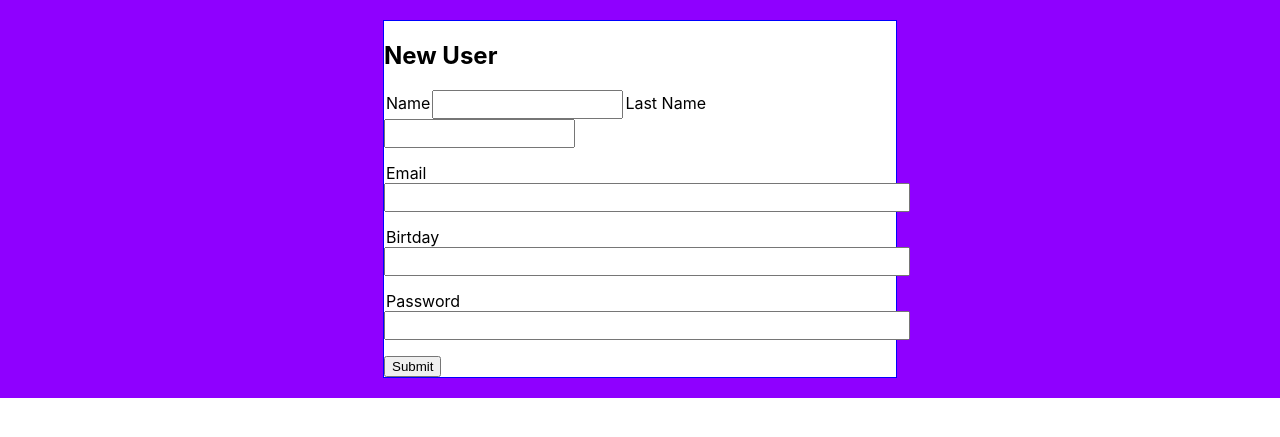
Repository: RobertAries28/CrudUsuarios
Page: /
An editor plug-in stored every save of this project. The page is shown before and after the next save, followed by the edit.
The browser window is 1280 px wide. The pictures show the whole page.
The page's requests for data from a server got no answer. The project was rebuilt for these pictures with package versions that can differ from the ones it lists, and the page was loaded fresh each time. No one was signed in, and anything a server would have sent is missing.

Above is the page before, as saved 2022-05-23 19:09:35.

### src/App.js

import axios from 'axios';
import { useEffect, useState } from 'react';
import './App.css';
import UsersForm from './UsersForm';
import UsersList from './UsersList';

const App=()=> {

  const [users,setUsers]= useState([])
  useEffect(()=>{
    axios.get('https://users-crud1.herokuapp.com/users/')
    .then(res=>setUsers(res.data))

  },[]);
  console.log(users)
  return (
    <div className="App">
     <UsersList users={users}/>
     <UsersForm/>
    </div>
  );
}

export default App;

### src/App.css
.App{
  background: #8F00FF;
  height: 100%;
  padding: 20px 0;
}

ul{
  list-style: none;
  padding: 0;
  margin: 0 0;



}

.users{
  border-radius: 20px;
  margin: auto;
  width: 50%;
  display: flex;
  justify-content: space-around;
  align-items: center;
  border: 1px solid blue;
  background: white;
  padding: 20px 0;
}

.formUser{
  display: flex;
  flex-direction: column;
  justify-content: center;
  align-items: center;
  border: 1px solid blue;
  background: white;
  margin: auto;
  width: 40%;
}

input{
padding: 5px;


}

.date{
  width: 100%;
}
label{
  margin: 2px;
}


.dateUsers{
  margin: 15px 0;
}

### src/UsersForm.js
import React, { useEffect, useState } from 'react';
import './App.css';

const UsersForm = ({addUsers,updateUsers,userEdit,selectUsers}) => {

        const [name,setName]= useState("");

        const [lastName, setLatName] = useState("");
        const [email,setEmail]= useState("");


        const [birthday, setBirthday] = useState("")
        const [password, setPassword] = useState("")

      useEffect(()=>{
          console.log("Cambio productEdit")

          if(userEdit){
              setName(userEdit.name);
              setLatName(userEdit.lastName);
              setEmail(userEdit.email)
              setBirthday(userEdit.birthday)
              setPassword(userEdit.password)
          } else{
              setName("");
              setLatName("");
              setEmail("");
              setBirthday("");
              setPassword("")
          }
      },[userEdit])

        const submit=(e)=>{
            e.preventDefault();
            const user={

                name:name,
                lastName:lastName,
              email:email,
              birthday:birthday,
              password:password
            }

           if(userEdit){
               user.id= userEdit.id
             updateUsers(user);
           }else{

            addUsers(user)
        }



        }
        return (
            <div className='formUser'>
                <form onSubmit={submit}>
                  <h2>New User</h2>
                <div className='dateUsers'>
                      <label htmlFor='name'>Name</label>
                      <input type="text"
                             id="name"
                             onChange={e=> setName(e.target.value)}
                                 value={name}
                             />

                      <label htmlFor='lastname'>Last Name</label>
                      <input type="text"
                             id="lastname"
                             onChange={e=> setLatName(e.target.value)}
                                 value={lastName}
                             />
                  </div>

                  <div className='dateUsers'>
                      <label htmlFor='email'>Email</label>
                      <input className='date' type="email"
                             id="email"
                             onChange={e=> setEmail(e.target.value)}
                                 value={email}
                             />
                  </div>
                  <div className='dateUsers'>
                      <label htmlFor='birthday'>Birtday</label>
                      <input className='date' type="text"
                      id='birthday'
                      onChange={e=> setBirthday(e.target.value)}
                      value={birthday} />
                  </div>

                  <div className='dateUsers'>
                      <label htmlFor='Password'>Password</label>
                      <input className='date' type="password"
                      id='password'
                      onChange={e=> setPassword(e.target.value)}
                      value={password} />
                  </div>

                  <button >Submit</button>

                  {
                      userEdit &&
                      <button type='button'
                        onClick={()=> selectUsers(null)}
                      >Cancelar</button>
                  }
                </form>
            </div>
    );
}

export default UsersForm;

### src/UsersList.js
import React from 'react';
import './App.css';

const UsersList = ({users,removeProduct,selecProduct}) => {
    return (
        <div className='infoUsers'>
               <ul>
                {
                    users.map(user=>(
                        <li className='users' style={{marginBottom:"10px"}} key={user.id}>
                            <ul>
                                <li><b>Nombre: </b>{user.first_name}</li>
                                <li><b>Apellido: </b>{user.last_name}</li>
                                <li><b>Email: </b>{user.email}</li>
                                <li><b>Brithday: </b>{user.birthday}</li>
                            </ul>
                            <div className='button'>
                            <button onClick={()=>removeProduct(user.id)}>Eliminar</button>
                       <button onClick={()=>selecProduct(user)}>Actualizar</button>
                       </div>
                        </li>
                    ))
                }
            </ul>
        </div>
    );
}

export default UsersList;

Loaded but not shown: public/index.html (common file); src/index.js (common file); src/index.css (common file); src/reportWebVitals.js (common file)

After the next save:
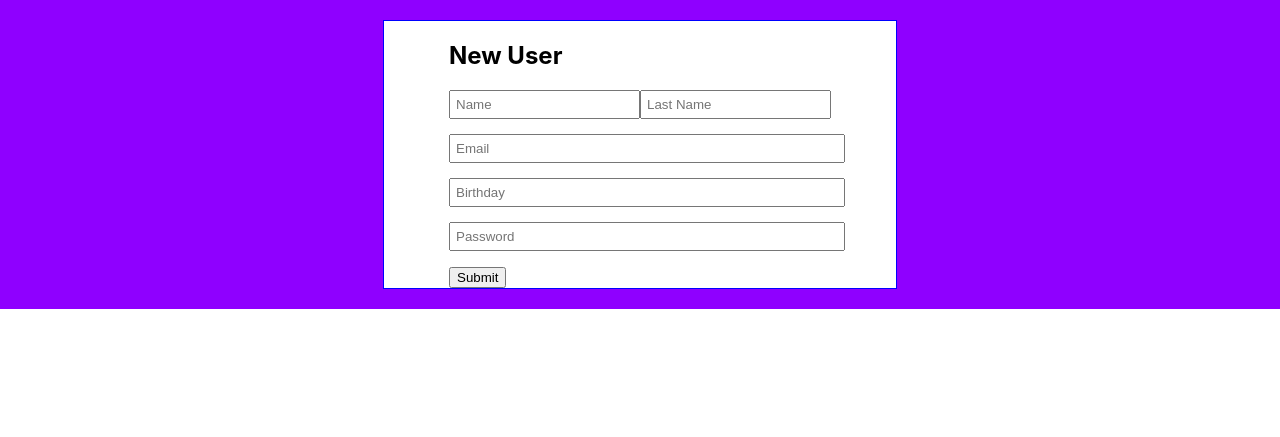
Saved 2 min 32 s later.
--- a/src/UsersForm.js
+++ b/src/UsersForm.js
@@ -57,15 +57,15 @@ const UsersForm = ({addUsers,updateUsers,userEdit,selectUsers}) => {
                 <form onSubmit={submit}>
                   <h2>New User</h2>
                 <div className='dateUsers'>
-                      <label htmlFor='name'>Name</label>
-                      <input type="text"
+
+                      <input placeholder='Name' type="text"
                              id="name"
                              onChange={e=> setName(e.target.value)}
                                  value={name}
                              />
 
-                      <label htmlFor='lastname'>Last Name</label>
-                      <input type="text"
+
+                      <input placeholder='Last Name' type="text"
                              id="lastname"
                              onChange={e=> setLatName(e.target.value)}
                                  value={lastName}
@@ -73,24 +73,24 @@ const UsersForm = ({addUsers,updateUsers,userEdit,selectUsers}) => {
                   </div>
 
                   <div className='dateUsers'>
-                      <label htmlFor='email'>Email</label>
-                      <input className='date' type="email"
+
+                      <input placeholder='Email' className='date' type="email"
                              id="email"
                              onChange={e=> setEmail(e.target.value)}
                                  value={email}
                              />
                   </div>
                   <div className='dateUsers'>
-                      <label htmlFor='birthday'>Birtday</label>
-                      <input className='date' type="text"
+
+                      <input placeholder='Birthday' className='date' type="text"
                       id='birthday'
                       onChange={e=> setBirthday(e.target.value)}
                       value={birthday} />
                   </div>
 
                   <div className='dateUsers'>
-                      <label htmlFor='Password'>Password</label>
-                      <input className='date' type="password"
+
+                      <input placeholder='Password' className='date' type="password"
                       id='password'
                       onChange={e=> setPassword(e.target.value)}
                       value={password} />
